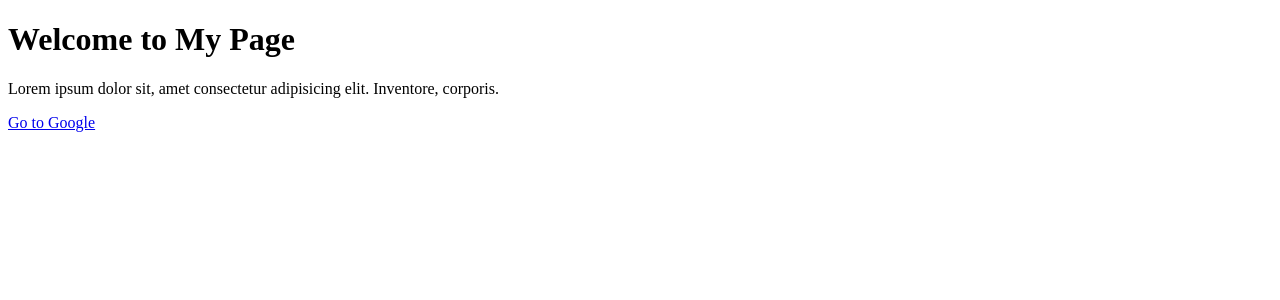
Repository: cs-fullstack-2020-spring/javascript-classes-cw-Awhit-commits
Page: index.html
An editor plug-in stored every save of this project. The page is shown before and after a run of saves, followed by the edit.
The browser window is 1280 px wide. The pictures show the whole page.

Above is the page before, as saved 2021-01-06 11:51:44.

### index.html
<!DOCTYPE html>
<html lang="en">
<head>
    <meta charset="UTF-8">
    <meta name="viewport" content="width=device-width, initial-scale=1.0">
    <title>Document</title>
</head>
<body>
    <h1>Welcome to My Page</h1>
    <p>Lorem ipsum dolor sit, amet consectetur adipisicing elit. Inventore, corporis.</p>
    <a href = "https://google.com"> Go to Google</a>
</body>
</html>

After the next 3 saves:
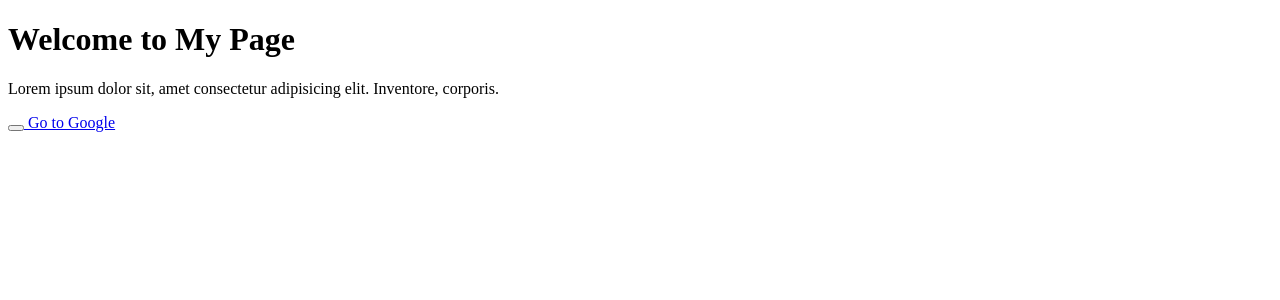
The 3 saves are shown as one change because they came seconds apart.
The last was saved 66 s later.
--- a/index.html
+++ b/index.html
@@ -8,6 +8,6 @@
 <body>
     <h1>Welcome to My Page</h1>
     <p>Lorem ipsum dolor sit, amet consectetur adipisicing elit. Inventore, corporis.</p>
-    <a href = "https://google.com"> Go to Google</a>
+    <a href = "https://google.com"><button></button> Go to Google</a>
 </body>
 </html>
